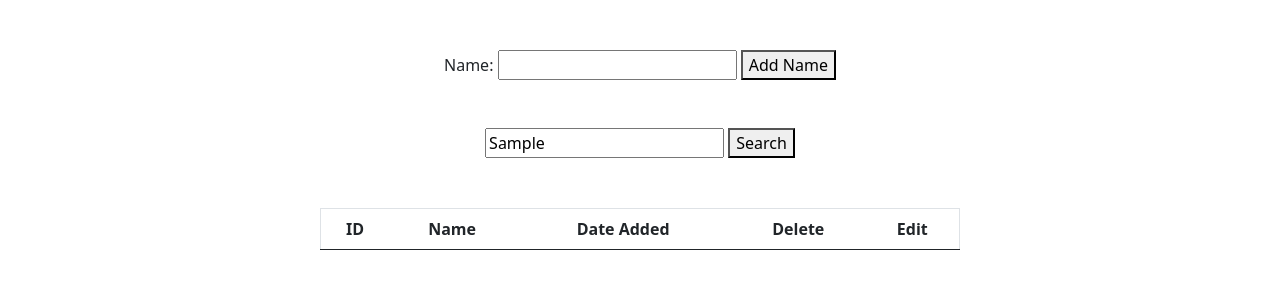
Repository: Theracon/Simple-mysql-node-app
Page: client/index.html
An editor plug-in stored every save of this project. The page is shown before and after the next save, followed by the edit.
The browser window is 1280 px wide. The pictures show the whole page.
Empty fields were first filled with sample values (such as "Sample", 5 or name@example.com).
After loading, the first visible `#add-name-btn` was clicked once.
The page's requests for data from a server got no answer.

Above is the page before, as saved 2021-06-04 20:02:05.

After the next save:
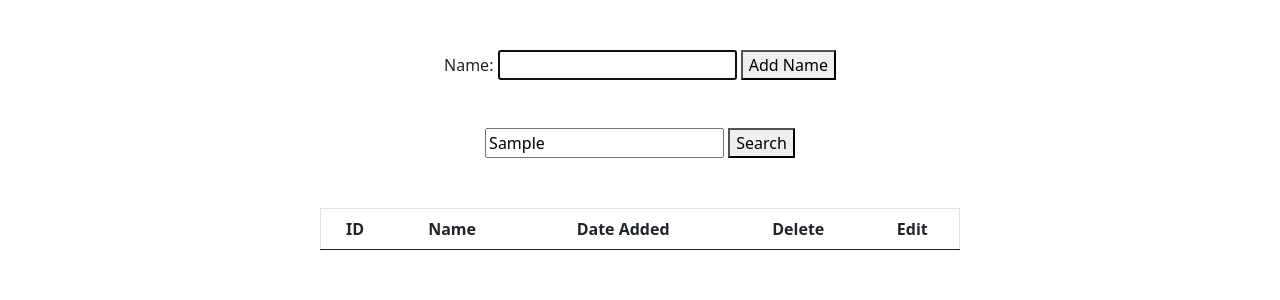
Saved 106 s later.
--- a/client/index.js
+++ b/client/index.js
@@ -10,6 +10,7 @@ addBtn.onclick = function() {
     const nameInput = document.querySelector('#name-input');
     const name = nameInput.value;
     nameInput.value = '';
+    nameInput.focus();
 
     fetch('http://localhost:5000/insert', {
             headers: {
